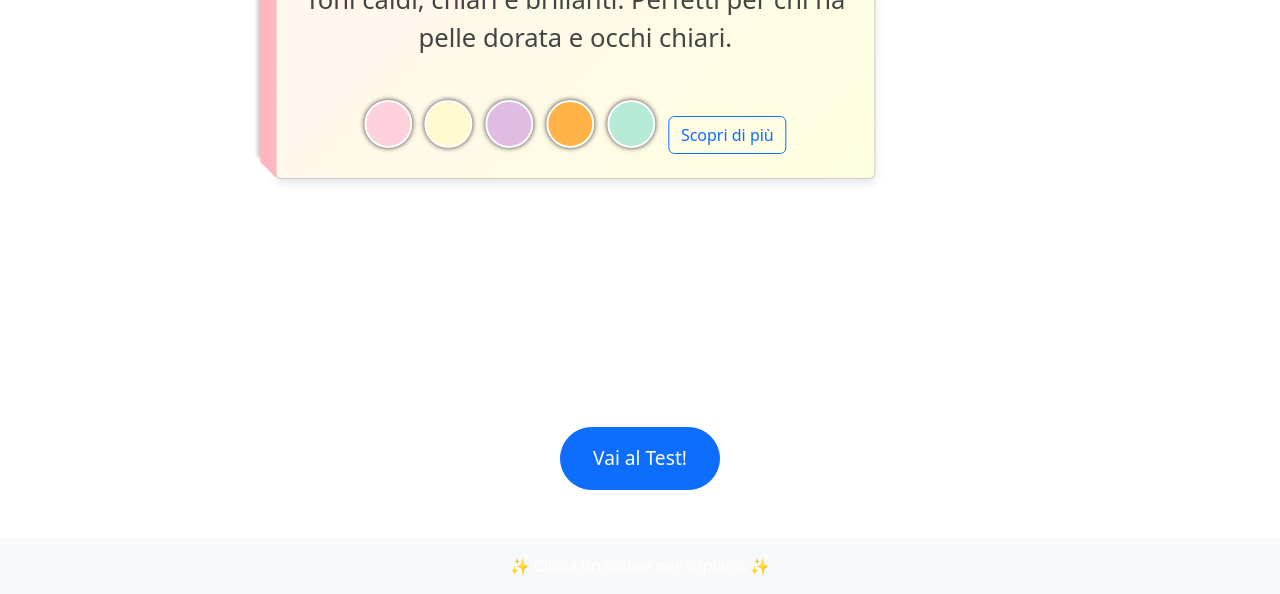
Repository: Probyte5D/Armocromia-website
Page: index.html
The author's editor kept a copy of each file at every save. The page is drawn from the files as they stood at one save, then again after the next save.
The browser window is 1280 px wide. The pictures show the part of the page from y = 1336 to 1930 px (the page is 1930 px tall).
Backgrounds fixed to the window are drawn as part of the page.

Above is the page before, as saved 2025-04-18 04:50:14.
Console error: TypeError: Cannot set properties of null (setting 'onclick')

After the next save:
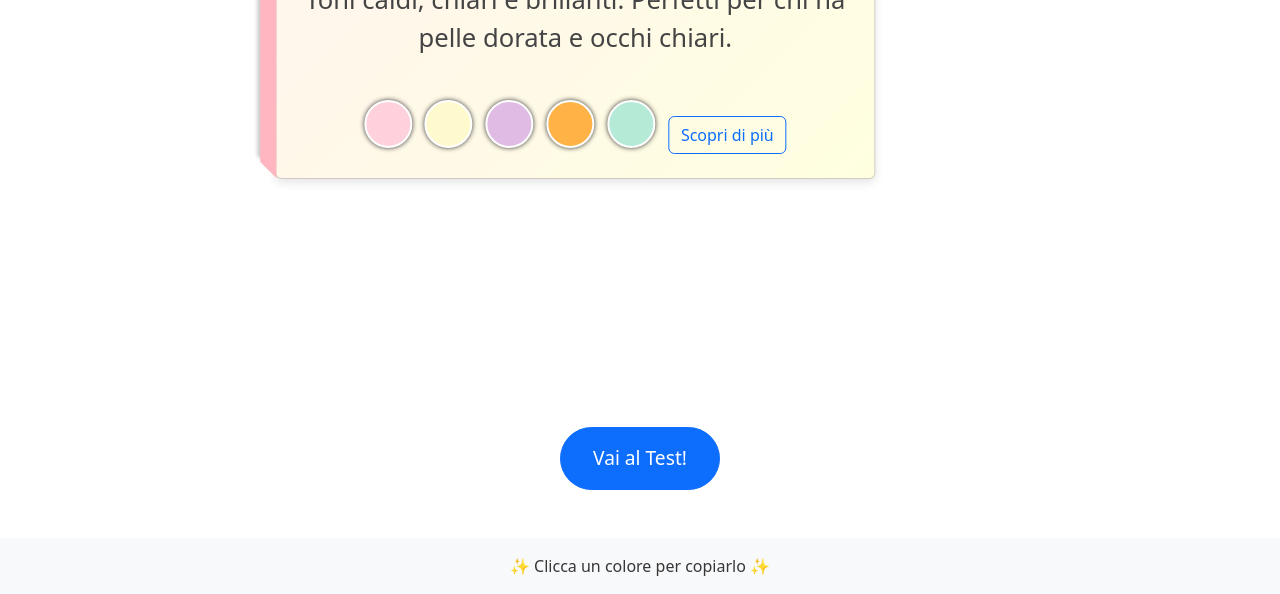
Saved 35 s later.
--- a/style.css
+++ b/style.css
@@ -267,7 +267,7 @@ footer {
   text-align: center;
   padding: 20px;
   background-color: #2C3E50;
-  color: white;
+  color: rgb(56, 54, 54);
 }
 
 footer p {
